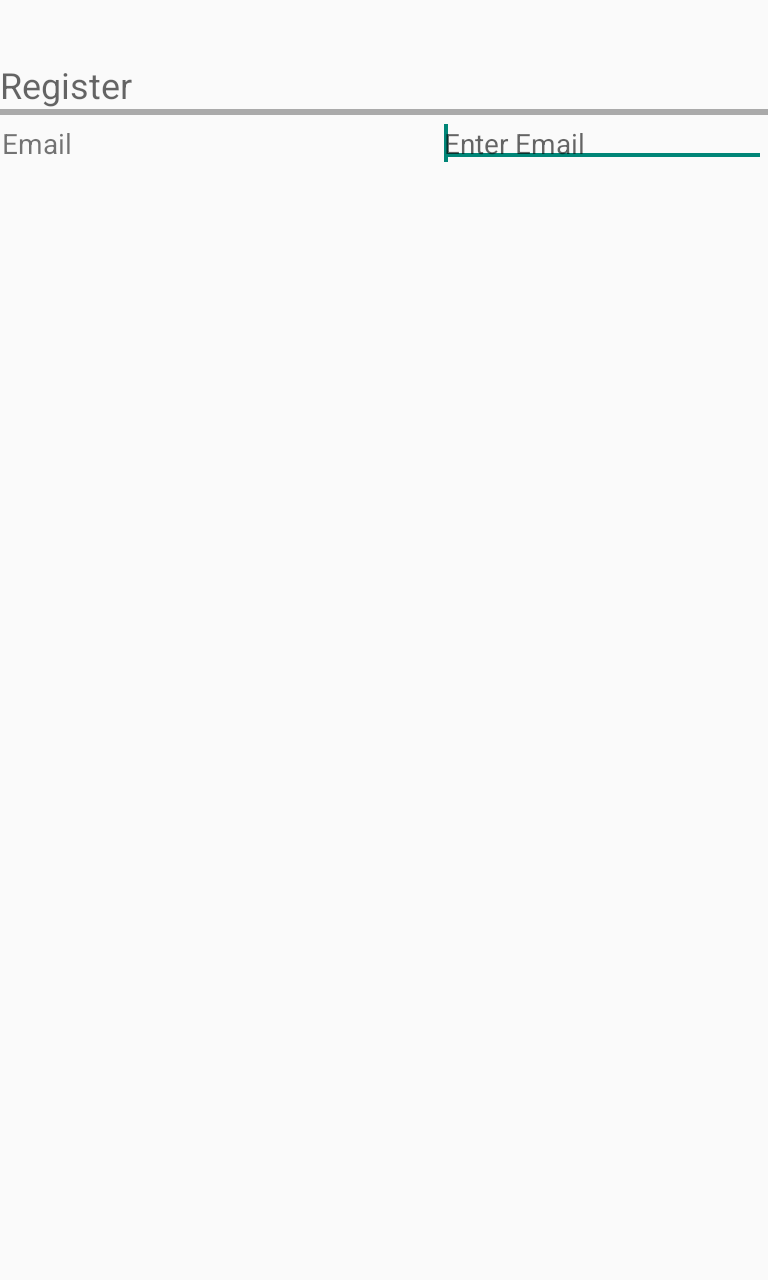
Repository: lMayuraDevani/BrentBrown
Layout: BrentBrown/res/layout/register.xml
The author's editor kept a copy of each file at every save. The layout is drawn from the files as they stood at one save, then again after the next save.
It is drawn on a 768 x 1280 px phone screen (xhdpi) without system bars, with theme AppTheme; the app's code is not run.

Above is the layout before, as saved 2014-11-12 09:19:27.

After the next save:
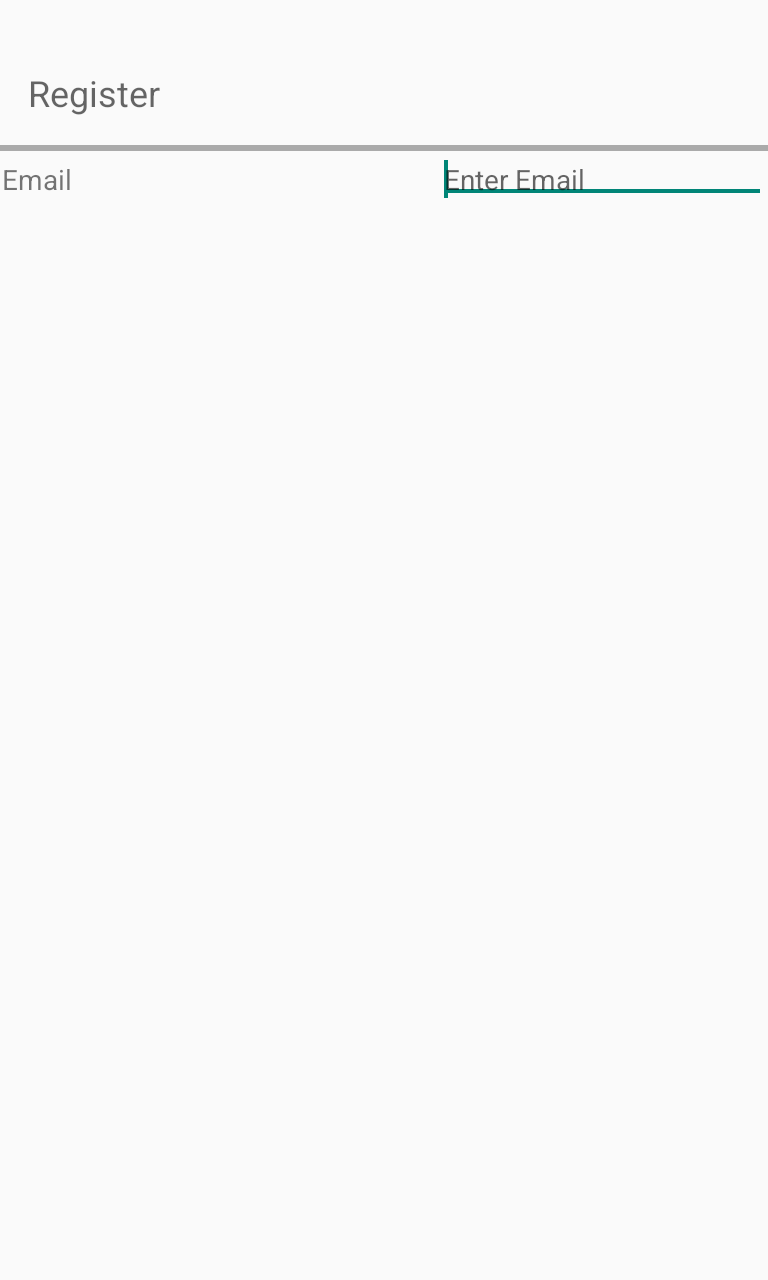
Saved 18 s later.
--- a/BrentBrown/res/layout/register.xml
+++ b/BrentBrown/res/layout/register.xml
@@ -9,7 +9,8 @@
         android:id="@+id/textView1"
         android:layout_width="wrap_content"
         android:layout_height="wrap_content"
-        android:layout_marginTop="30dp"
+        android:layout_marginTop="20dp"
+        android:padding="14dp"
         android:text="Register"
         android:textAppearance="?android:attr/textAppearanceMedium" />
 
